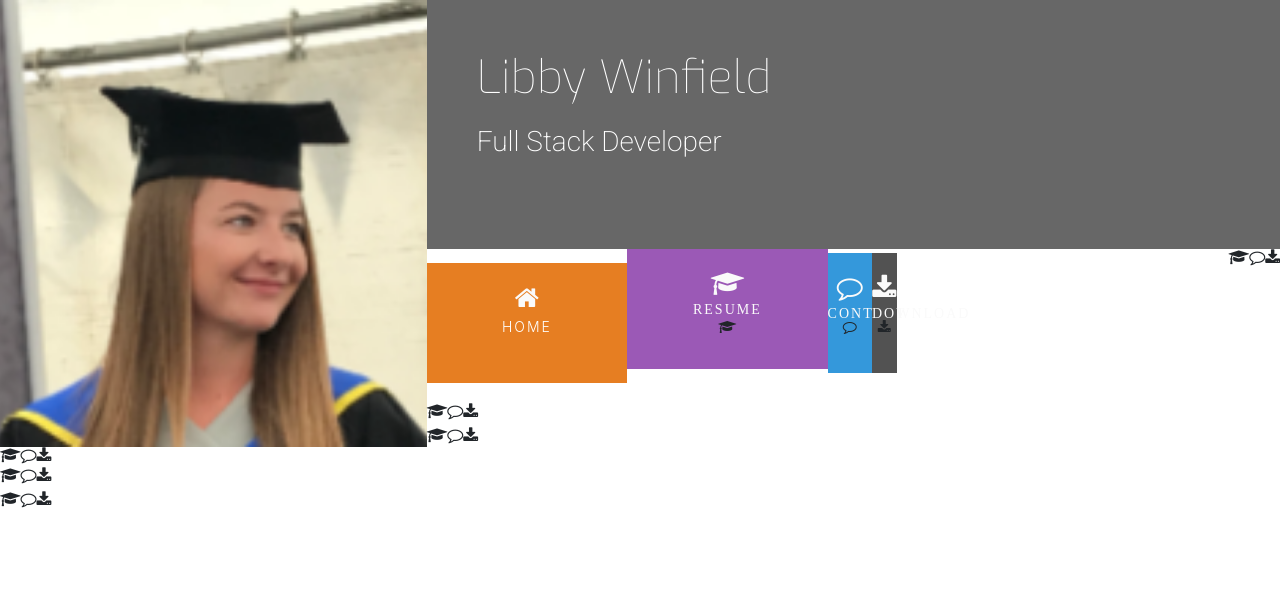
Repository: LibbyWin/CV
Page: index.html
The author's editor kept a record of every edit. The page is drawn from the files as they stood at one moment, then again after the next edit.
The browser window is 1280 px wide. The pictures show the whole page.

Above is the page before.

### index.html
<!DOCTYPE html>
<html lang="en">
<head>
    <meta charset="UTF-8">
    <meta name="viewport" content="width=device-width, initial-scale=1.0">
    <meta http-equiv="X-UA-Compatible" content="ie=edge">
    <link rel="stylesheet" href="https://stackpath.bootstrapcdn.com/bootstrap/4.3.1/css/bootstrap.min.css" type="text/css" />
    <link rel="stylesheet" href="https://stackpath.bootstrapcdn.com/font-awesome/4.7.0/css/font-awesome.min.css" type="text/css" />
    <link rel="stylesheet" href="assets/css/style.css" type="text/css" />
    <title>Libby</title>
    <style>
   @import url('https://fonts.googleapis.com/css?family=Exo&display=swap');
    </style>
</head>
<body>
    <header>
        <div class="row no-gutters">
            <a href="index.html" class="col-md-4 logo">

            </a>
            <div class="col-md-8">
                <div class="row no-gutters bg-color-name-title">
                    <div class="col heading">
                        <h1 class="name">Libby Winfield</h1>
                        <h2 class="title">Full Stack Developer</h2>

                    </div>
                </div>
                <div class="row no-gutters">
                    <div class="col">
                        <ul id="nav" class="list-inline menucontainer">
                            <li class="col-6 col-sm-3 ui-menu-color-home list-inline-item menuitem">
                                <a href="#"><i class="fa fa-home" aria-hidden_"true"></i><span>Home</span></a>
                            </li>
                            <li class="col-6 col-sm-3 ui-menu-color-resume list-inline-item menuitem">
                                <a href="#"><i class="fa fa-graduation-cap" aria-hidden_"true"><span>Resume</span></a>
                            </li>
                            <li class="col-6 col-sm-3 ui-menu-color-contact list-inline-item menuitem">
                                <a href="#"><i class="fa fa-comment-o" aria-hidden_"true"><span>Contact</span></a>
                            </li>
                            <li class="col-6 col-sm-3 ui-menu-color-download list-inline-item menuitem">
                                <a href="#"><i class="fa fa-download" aria-hidden_"true"><span>Download</span></a>
                            </li>
                        </ul>
                    </div>
                </div>


            </div>
        </div>
    </header>
    <section>

    </section>
    <footer>

    </footer>

</body>
</html>

### assets/css/style.css
@import url('https://fonts.googleapis.com/css?family=Roboto:100,200,300,400,500,600,700|Exo:100,200,300,400,500,600,700');

/*--------------------------------------------Colors*/

.bg-color-name-title {
    background-color: #676767;
}

.ui-menu-color-home {
    background-color: #e67e22;
}

.ui-menu-color-resume {
    background-color: #9b59b6;
}

.ui-menu-color-contact {
    background-color: #3498db;
}

.ui-menu-color-download {
    background-color: #525252;
}

/*--------------------------------------------Heading*/

header {
    margin: 0;
}

.heading {
    margin-left: 50px;
}

.logo {
    background: url("../images/IMG_1027.JPG");
    background-position: center;
    background-repeat: no-repeat;
    background-size: cover;
    min-height: 360px;
    transition: all .5s ease-in-out;
    -moz-transition: all .5s ease-in-out;
    -webkit-transition: all .5s ease-in-out;
}

.name {
    font-family: "Exo", sans-serif;
    font-weight: 100;
    font-size: 46px;
    margin-top: 50px;
    color: #fff;
}

.title {
    font-family: "Roboto", sans-serif;
    font-weight: 200;
    font-size: 28px;
    margin-top: 20px;
    margin-bottom: 90px;
    color: #fff;
}

.list-inline-item:not(:last-child) {
    margin: 0;
}

.menucontainer {
    font-size: 0;
}

#nav li {
    font-size: 14px;
    padding: 0;
}

.menuitem {
    height: 120px;
    text-align: center;
    padding: 0;
}

.menuitem a {
    width: 100%;
    text-decoration: none;
    color: #fff;
    height: 120px;
}

.menuitem a i {
    padding-top: 22px;
    display: block;
    color: #fafafa;
    font-size: 26px;
}

.menuitem span {
    display: block;
    width: 100%;
    padding-top: 5px;
    text-align: center;
    text-transform: uppercase;
    font-size: 14px;
    font-weight: 300;
    letter-spacing: 2px;
}

After the next edit:
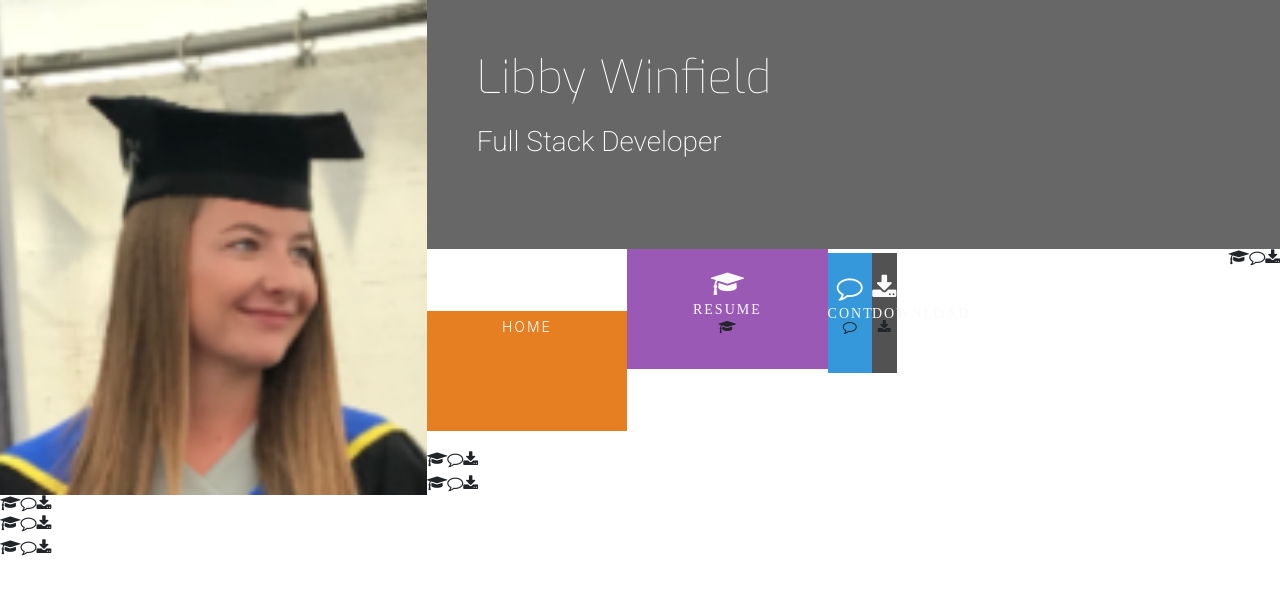
The edit:
--- a/index.html
+++ b/index.html
@@ -30,7 +30,7 @@
                     <div class="col">
                         <ul id="nav" class="list-inline menucontainer">
                             <li class="col-6 col-sm-3 ui-menu-color-home list-inline-item menuitem">
-                                <a href="#"><i class="fa fa-home" aria-hidden_"true"></i><span>Home</span></a>
+                                <a href="#"></i><span>Home</span></a>
                             </li>
                             <li class="col-6 col-sm-3 ui-menu-color-resume list-inline-item menuitem">
                                 <a href="#"><i class="fa fa-graduation-cap" aria-hidden_"true"><span>Resume</span></a>
